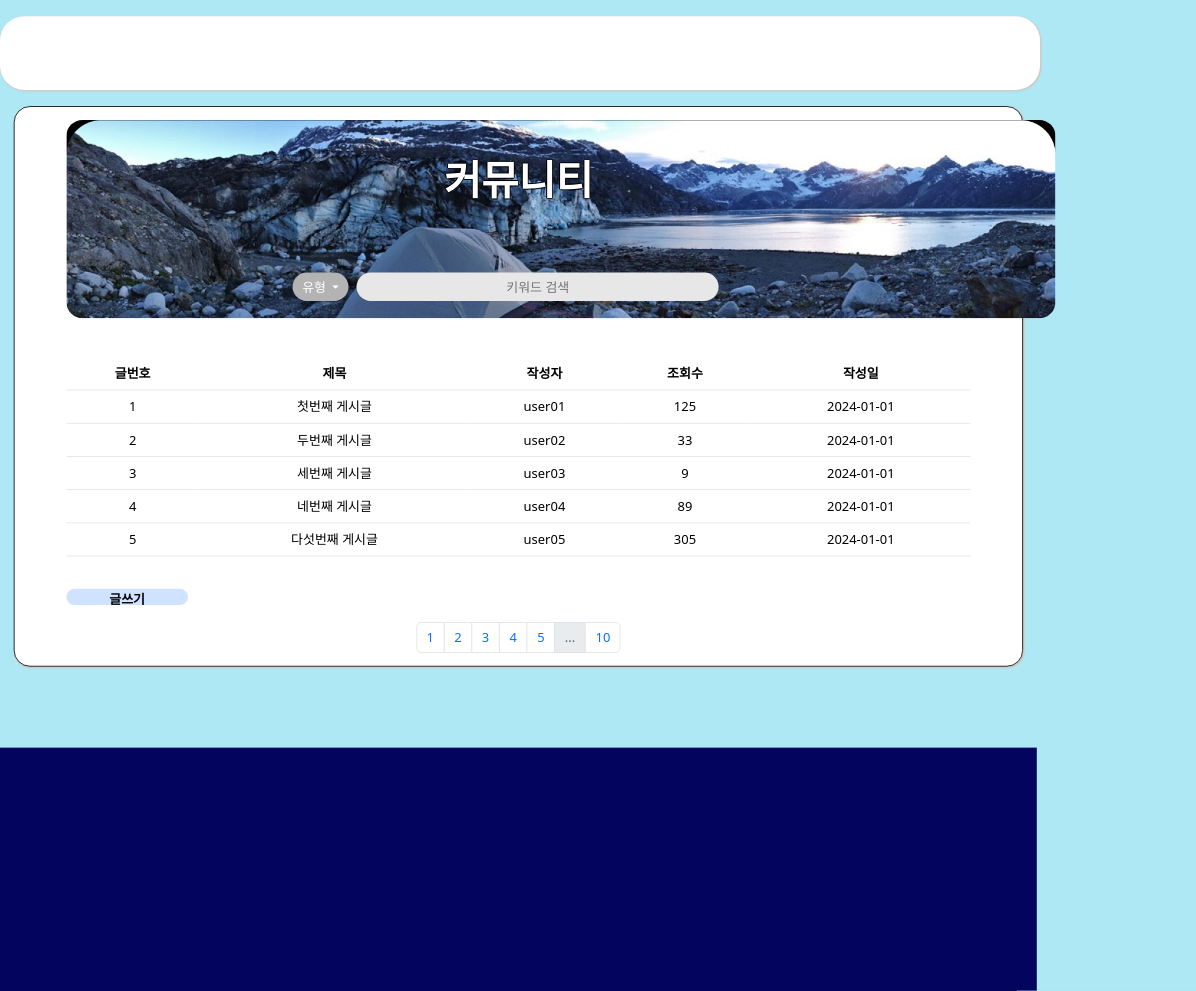
Repository: KimMJ0964/jsp
Page: http://localhost/Trafi/views/community/communityMain.jsp
An editor plug-in stored every save of this project. The page is shown before and after the next save, followed by the edit.
The browser window is 1280 px wide. The page is 1477 px wide, so the pictures cover 1477 px, including what lies to the right of the window. The pictures show the whole page, at 81% of full size.
The page is served by Tomcat 9.

Above is the page before, as saved 2024-09-19 08:07:41.

### Trafi/src/main/webapp/views/community/communityMain.jsp
<%@ page language="java" contentType="text/html; charset=UTF-8"
    pageEncoding="UTF-8"%>
<!DOCTYPE html>
<html lang="ko">
<head>
    <meta charset="UTF-8">
    <meta name="viewport" content="width=device-width, initial-scale=1.0">
    <title>커뮤니티</title>

    <!-- Latest compiled and minified CSS -->
    <link href="https://cdn.jsdelivr.net/npm/bootstrap@5.3.3/dist/css/bootstrap.min.css" rel="stylesheet">

    <!-- Latest compiled JavaScript -->
    <script src="https://cdn.jsdelivr.net/npm/bootstrap@5.3.3/dist/js/bootstrap.bundle.min.js"></script>
    <style>
        body {
            margin: 0;
            padding: 0;
            background-color: #ADE8F4;
        }
        .wrap {
            width: 1246px;
            margin: auto;
            border: 1px solid black;
            border-radius: 20px;
            background-color: white;
            box-shadow: 1px 1px 1px 1px rgb(203, 203, 203);
        }
        #header, #footer, #aside {
            height: 20%;
        }
        #header {
            width: 1284px;
            height: 91px;
            background-color: white;
            border-radius: 30px;
            margin: 0 auto;
            margin-top: 20px;
            margin-bottom: 20px;
            box-shadow: 1px 1px 1px 1px rgb(203, 203, 203);
            display: flex;
            justify-content: space-between;
            align-items: center;
        }

        #header img {
            width: 100px;
        }

        #header .dropdown {
            margin-right: 10px;
        }

        #header button {
            margin-right: 10px;
            background-color: white;
            font-size: 20px;
            color: black;
            font-weight: bold;
            border-style: none;
        }

        #header > .dropdown > button {
            background-color: white;
            font-size: 20px;
            color: black;
            font-weight: bold;
        }

        #footer {
            margin-top: 100px;
            width: 100%;
            height: 300px;
            background-color: #03045E;
        }

        .main_image {
            position: relative;
        }

        .main_image_text {
            position: absolute;
            top: 30%;
            left: 50%;
            transform: translate(-50%, -50%);
            color: white;
            font-weight: 900;
            text-shadow: -1px 0px black, 0px 1px black, 1px 0px black, 0px -1px black;
            font-size:50px;
        }

        #search {
            display: flex;
            align-items: center;
            gap: 10px; /* 간격 조정 */
            margin-top: 10px;
            position: absolute;
            top: 80%;
            left: 55%;
            transform: translate( -30%, -50% );
            text-align: center;
            width: 100%;
        }

        #searchKeyword {
            background-color: rgb(231, 231, 231);
            border-radius: 40px;
            border-style: none;
            width: 40%;
            height: 35px;
            text-align: center;
        }

        .btn {
            background-color: rgb(179, 179, 179);
            border-radius: 40px;
            border-style: none;
            height: 35px;
            text-align: center;
        }

        .createBtn {
            float: right;
            border-radius: 10px;
            border-style: none;
            background-color: rgb(177, 192, 255);
            width: 90px;
            height: 35px;
            font-weight: 600;
            color: white;
        }

        .createBtn:hover {
            background-color: rgb(147, 169, 255);
        }

        .table {
            text-align: center;
        }

        th {
            background-color: #9fd7ff; /* 연한 파랑색 */
        }

        .background-img {
            width: 1221px;
            border-radius: 20px;
        }

        #createBoardBtn {
        	width: 150px;
        	border-style: none;
        	background-color: #CFE2FF;
        	border-radius: 20px;
        	font-weight: bold;
        	height: 20px;
        }

        /* 반응형 디자인 - 481px ~ 768px */
        @media (max-width: 768px) and (min-width: 481px) {
            .wrap {
                width: 100%;
                border-radius: 10px;
                box-shadow: none;
                border: none;
            }
            #header {
                width: 100%;
                height: 70px;
                margin-top: 10px;
                margin-bottom: 10px;
            }
            .main_image img {
                width: 100%;
                border-radius: 10px;
                margin-top: 20px;
            }
            .main_image_text {
                font-size: 30px;
                margin-top: 5px;
            }
            #searchKeyword {
                width: 60%;
            }
            #search {
                top: 70%;
                left: 60%;
                transform: translate(-50%, -50%);
            }
            .createBtn {
                width: 100px;
                height: 40px;
            }

            .background-img {
                width: 400px;
                border-radius: 20px;
            }
        }

        /* 모바일 화면 (최대 480px 이하) */
        @media (max-width: 480px) {
            .wrap {
                width: 100%;
                margin: 0;
                border: none;
                box-shadow: none;
                padding: 0 10px;
            }
            #header {
                width: 100%;
                height: 70px;
                margin-top: 10px;
                margin-bottom: 10px;
            }
            .main_image img {
                width: 100%;
                border-radius: 10px;
            }
            .main_image_text {
                font-size: 25px;
            }
            #searchKeyword {
                width: 80%;
            }
            #search {
                top: 90%;
                left: 50%;
                transform: translate(-50%, -50%);
            }
            .createBtn {
                width: 90px;
                height: 35px;
            }

            .background-img {
                width: 400px;
                border-radius: 20px;
            }
        }

    </style>
</head>
<body>
    <div id="header"></div>

    <div class="wrap">
        <div class="container mt-3">
            <div class="main_image">
                <img src="./img/ta.png" class="background-img">
                <h1 class="main_image_text">커뮤니티</h1>
                <div id="search">
                    <div class="dropdown">
                        <button type="button" id="dropdownMenuButton" class="btn btn-primary dropdown-toggle" data-bs-toggle="dropdown">
                            유형
                        </button>
                        <ul class="dropdown-menu" aria-labelledby="dropdownMenuButton">
                            <li><a class="dropdown-item" href="#" onclick="updateDropdownText('작성자')">작성자</a></li>
                            <li><a class="dropdown-item" href="#" onclick="updateDropdownText('제목')">제목</a></li>
                            <li><a class="dropdown-item" href="#" onclick="updateDropdownText('작성일')">작성일</a></li>
                        </ul>
                    </div>
                    <input type="text" id="searchKeyword" placeholder="키워드 검색">
                </div>
            </div>
            <br><br>
            <table class="table table-hover">
                <thead>
                    <tr>
                        <th>글번호</th>
                        <th>제목</th>
                        <th>작성자</th>
                        <th>조회수</th>
                        <th>작성일</th>
                    </tr>
                </thead>
                <tbody>
                    <tr>
                        <td>1</td>
                        <td>첫번째 게시글</td>
                        <td>user01</td>
                        <td>125</td>
                        <td>2024-01-01</td>
                    </tr>
                    <tr>
                        <td>2</td>
                        <td>두번째 게시글</td>
                        <td>user02</td>
                        <td>33</td>
                        <td>2024-01-01</td>
                    </tr>
                    <tr>
                        <td>3</td>
                        <td>세번째 게시글</td>
                        <td>user03</td>
                        <td>9</td>
                        <td>2024-01-01</td>
                    </tr>
                    <tr>
                        <td>4</td>
                        <td>네번째 게시글</td>
                        <td>user04</td>
                        <td>89</td>
                        <td>2024-01-01</td>
                    </tr>
                    <tr>
                        <td>5</td>
                        <td>다섯번째 게시글</td>
                        <td>user05</td>
                        <td>305</td>
                        <td>2024-01-01</td>
                    </tr>
                </tbody>
            </table>
            <br>
            <button id="createBoardBtn">글쓰기</button>
            <br>
            <!-- Pagination -->
            <nav aria-label="Page navigation">
                <ul class="pagination justify-content-center mt-3">
                    <li class="page-item"><a class="page-link" href="#">1</a></li>
                    <li class="page-item"><a class="page-link" href="#">2</a></li>
                    <li class="page-item"><a class="page-link" href="#">3</a></li>
                    <li class="page-item"><a class="page-link" href="#">4</a></li>
                    <li class="page-item"><a class="page-link" href="#">5</a></li>
                    <li class="page-item disabled"><a class="page-link" href="#">...</a></li>
                    <li class="page-item"><a class="page-link" href="#">10</a></li>
                </ul>
            </nav>
        </div>
    </div>

    <div id="footer"></div>
</body>
</html>

After the next save:
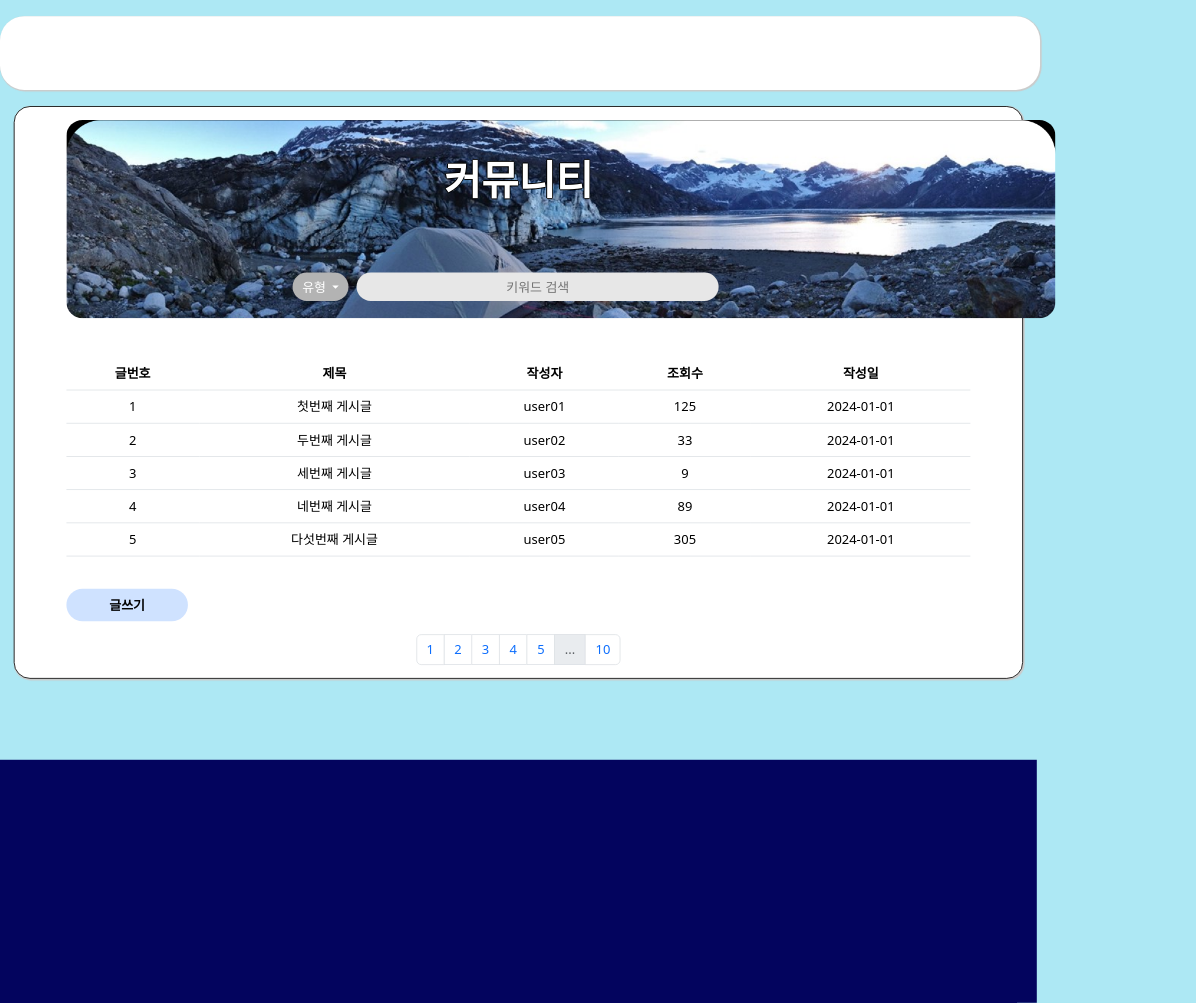
Saved 6 s later.
--- a/Trafi/src/main/webapp/views/community/communityMain.jsp
+++ b/Trafi/src/main/webapp/views/community/communityMain.jsp
@@ -153,7 +153,7 @@
         	background-color: #CFE2FF;
         	border-radius: 20px;
         	font-weight: bold;
-        	height: 20px;
+        	height: 40px;
         }
 
         /* 반응형 디자인 - 481px ~ 768px */
